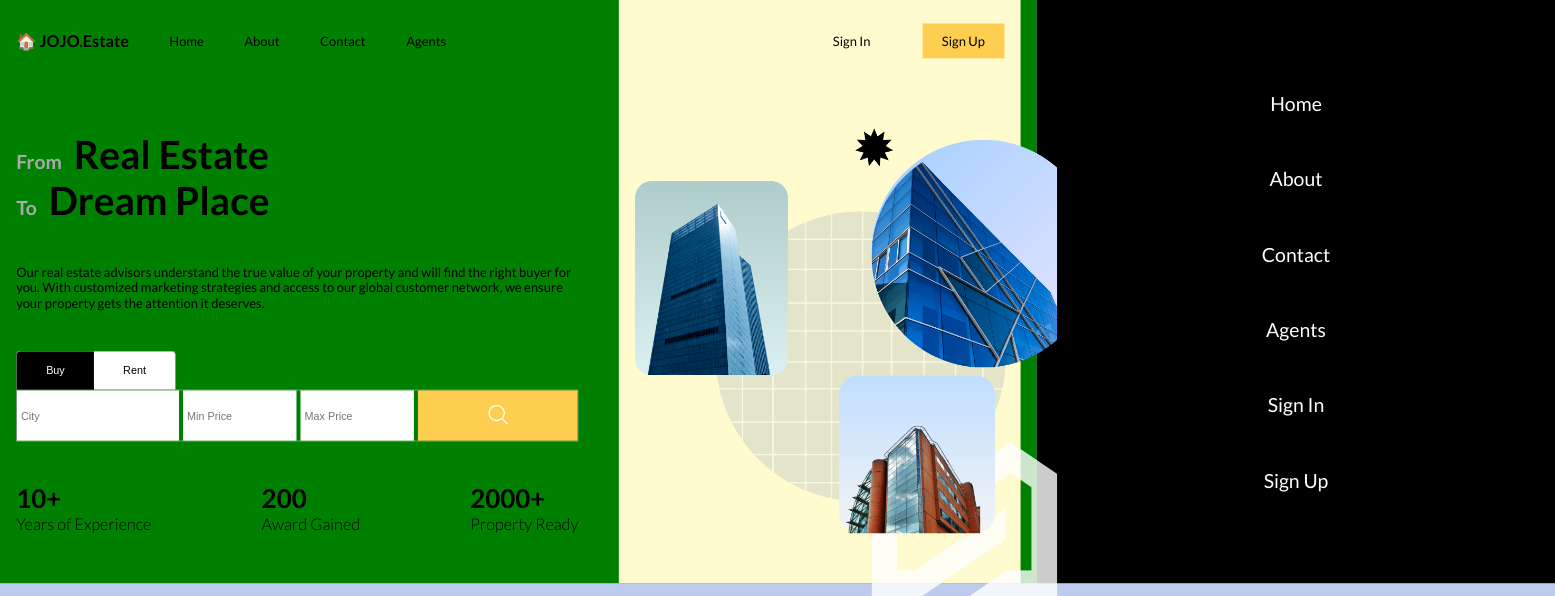
Repository: AiTrinh303/JOJO-estate
Page: /
The author's editor kept a copy of each file at every save. The page is drawn from the files as they stood at one save, then again after the next save.
The browser window is 1280 px wide. The page is 1920 px wide, so the pictures cover 1920 px, including what lies to the right of the window. The pictures show the whole page, at 81% of full size.
The page's requests for data from a server got no answer. The project was rebuilt for these pictures with package versions that can differ from the ones it lists, and the page was loaded fresh each time. No one was signed in, and anything a server would have sent is missing. Also part of the build but not shown: vite.config.js, src/routes/listPage/listPage.scss, src/components/filter/filter.scss, src/components/filter/Filter.jsx, src/components/card/card.scss, src/components/card/Card.jsx, src/components/map/map.scss, src/components/pin/pin.scss and 21 more. Imported but missing from the stored project, and not drawn on this page: src/components/uploadWidget/UploadWidget.

Above is the page before, as saved 2024-08-06 21:40:22.

After the next save:
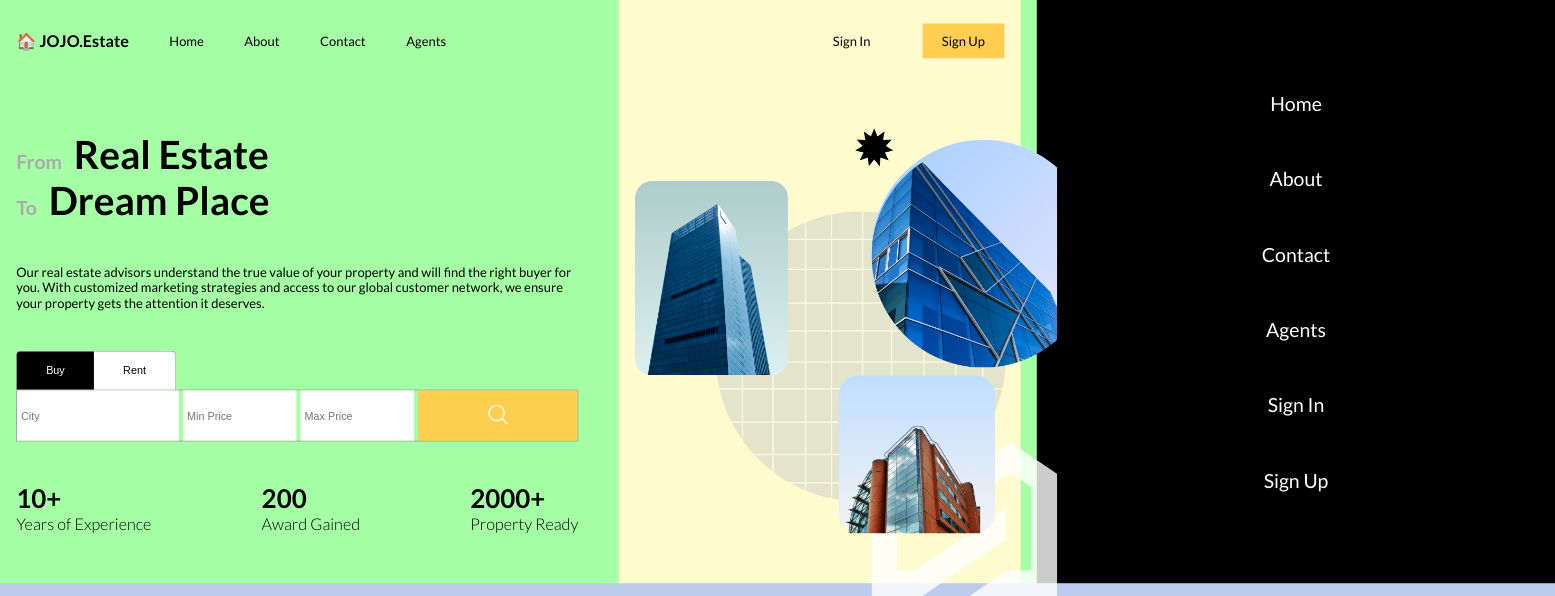
Saved 10 s later.
--- a/src/routes/layout/layout.scss
+++ b/src/routes/layout/layout.scss
@@ -7,7 +7,7 @@
   margin-right: auto;
   padding-left: 20px;
   padding-right: 20px;
-  background: green;
+  background: rgb(165, 255, 165);
 
   @include lg {
     max-width: 1280px;
